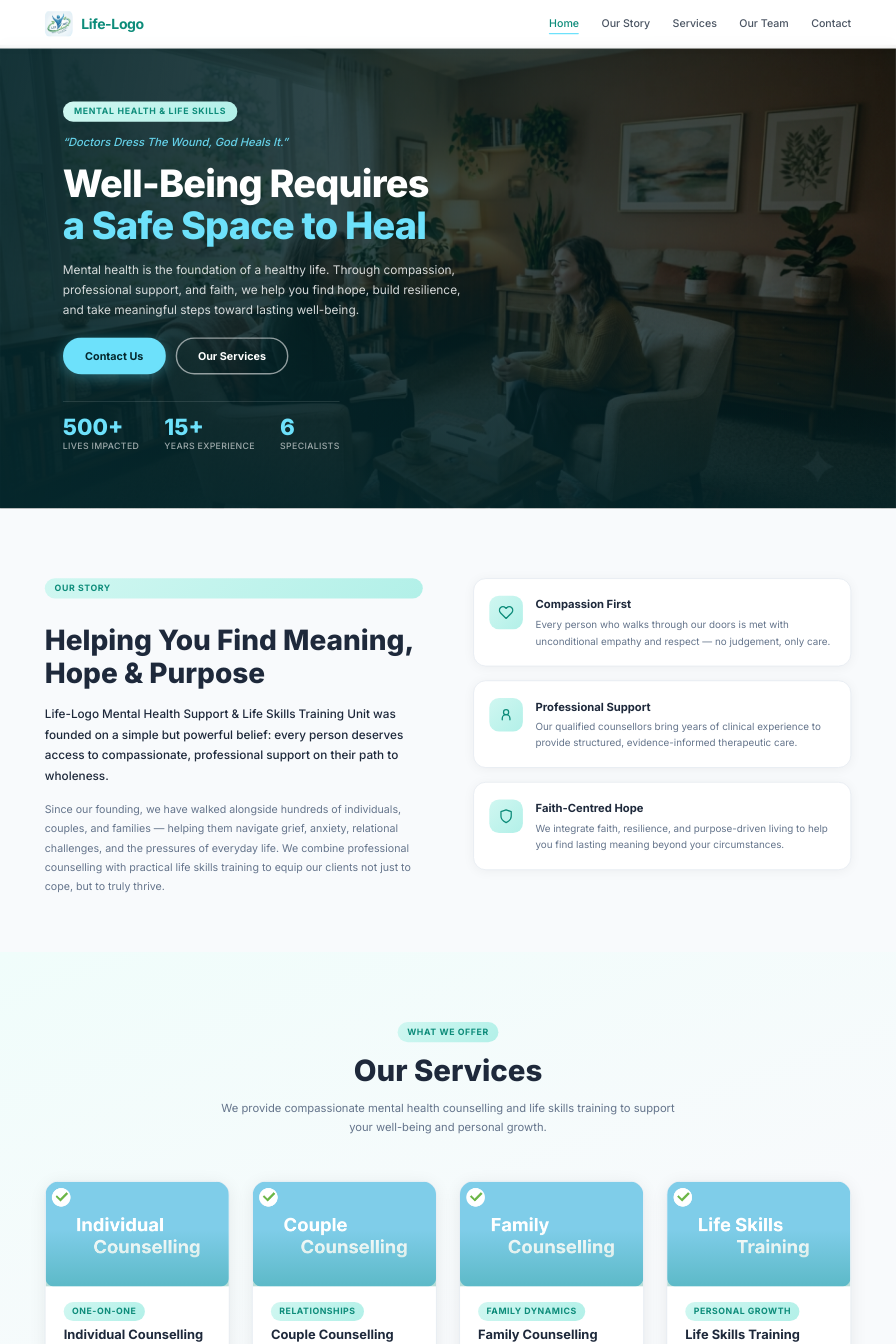
Repository: Tan47s/Lifelogo
Page: /
The author's editor kept a copy of each file at every save. The page is drawn from the files as they stood at one save, then again after the next save.
The browser window is 1280 px wide. The pictures show the part of the page from y = 0 to 1920 px (the page is 5558 px tall), at 70% of full size.
The project was rebuilt for these pictures with package versions that can differ from the ones it lists, and the page was loaded fresh each time. Also part of the build but not shown: vite.config.js.

Above is the page before, as saved 2026-08-22 11:02:37.

After the next save:
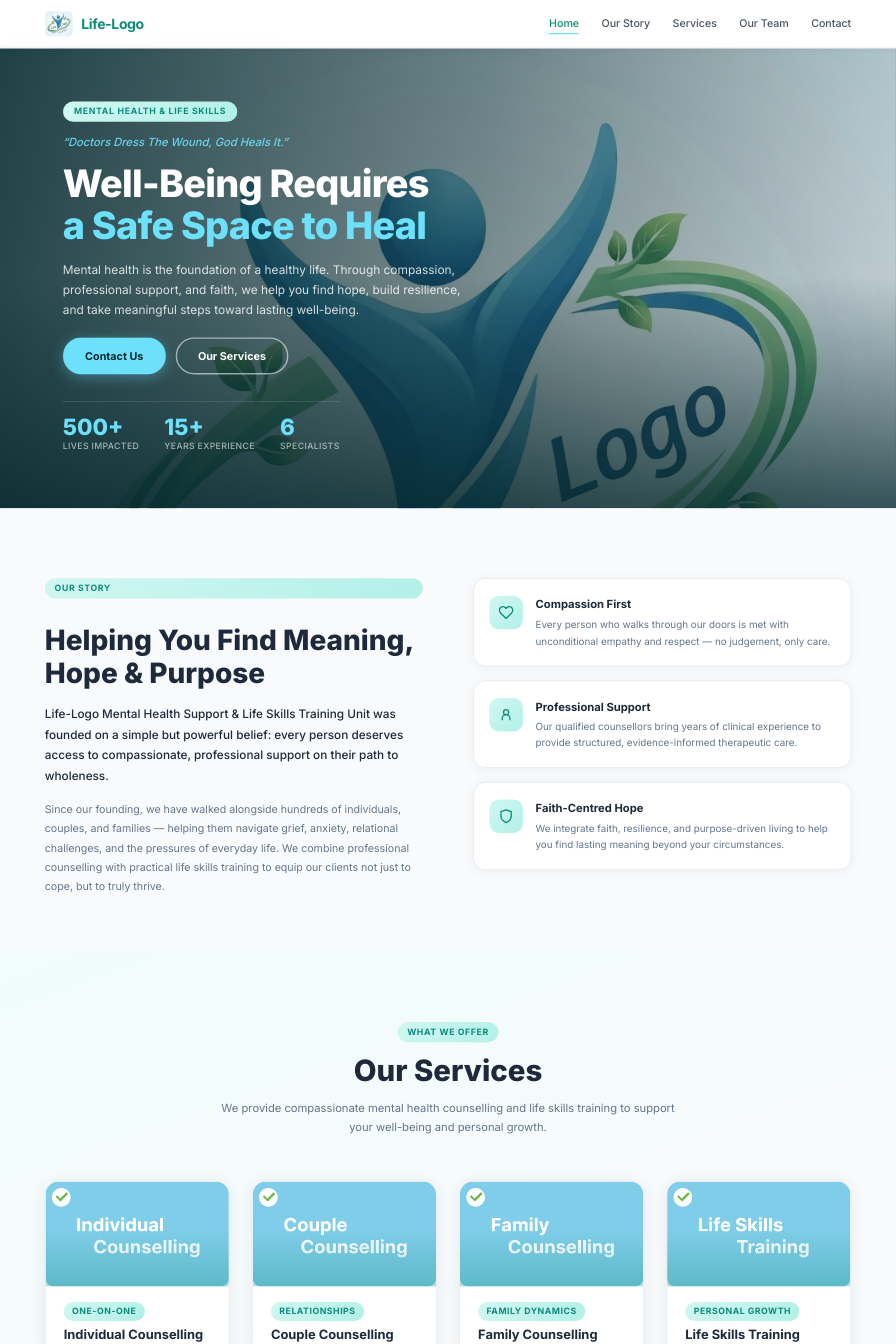
Saved 21 min 23 s later.
--- a/src/comp/Herocon.jsx
+++ b/src/comp/Herocon.jsx
@@ -1,5 +1,5 @@
 import './herocon.css'
-import Hero from '../assets/hero.png'
+import Hero from '../assets/hero2.png'
 
 const stats = [
   { value: '500+', label: 'Lives Impacted' },
